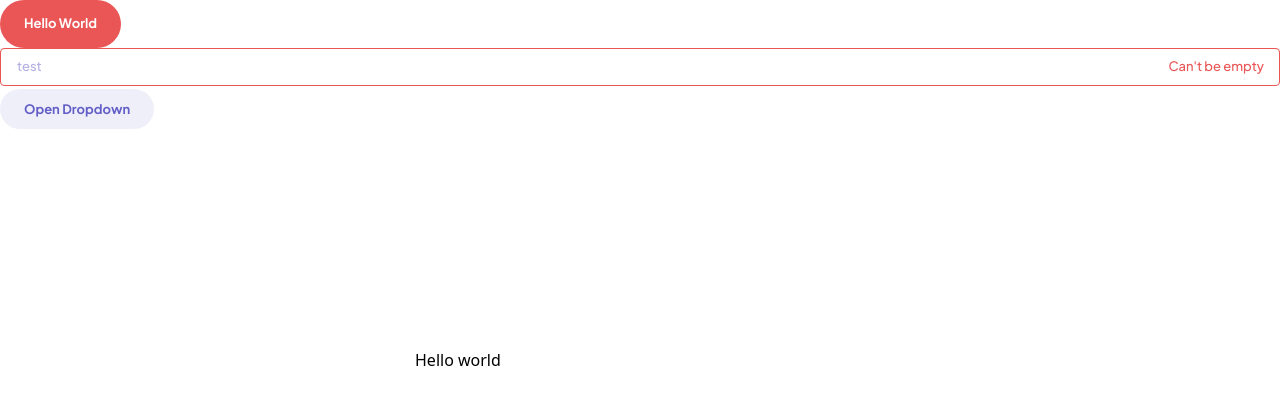
Repository: Baraajad231/Kanban-Board
Page: /
These files come from the project's save history. The page is drawn as it stood at one moment and after the next save; the edit follows.
The browser window is 1280 px wide. The pictures show the whole page.
The project was rebuilt for these pictures with package versions that can differ from the ones it lists, and the page was loaded fresh each time. Also part of the build but not shown: vite.config.js.

Above is the page before, as saved 2026-03-24 16:58:07.

### index.html
<!doctype html>
<html lang="en">
  <head>
    <meta charset="UTF-8" />
    <meta name="viewport" content="width=device-width, initial-scale=1.0" />
    <link rel="preconnect" href="https://fonts.googleapis.com" />
    <link rel="preconnect" href="https://fonts.gstatic.com" crossorigin />
    <link
      href="https://fonts.googleapis.com/css2?family=Plus+Jakarta+Sans:ital,wght@0,200..800;1,200..800&display=swap"
      rel="stylesheet"
    />
    <title>kanban-board</title>
  </head>
  <body>
    <div id="root"></div>
    <script type="module" src="/src/main.jsx"></script>
  </body>
</html>

### src/index.css
@import "tailwindcss";

@theme {
  --font-jakarta: "Plus Jakarta Sans", sans-serif;

  --color-transparent: transparent;
  --color-current: currentColor;

  --color-main-purple: #635fc7;
  --color-main-purple-hover: #a8a4ff;
  --color-white: #ffffff;
  --color-black: #000112;
  --color-very-dark-grey: #1e1e1e;
  --color-dark-grey: #2b2c37;
  --color-lines: #3e3f4e;
  --color-medium-grey: #828fa3;
  --color-lines-light: #e4ebfa;
  --color-light-grey: #f4f7fd;
  --color-red: #ea5555;
  --color-red-hover: #ff9898;

  /* أحجام الخطوط - التنسيق صحيح جداً لـ Tailwind v4 */
  --text-heading-s: 0.75rem;
  --text-heading-s--font-weight: 700;

  --text-heading-m: 0.9rem;
  --text-heading-m--font-weight: 700;

  --text-heading-l: 1.125rem;
  --text-heading-l--font-weight: 700;

  --text-heading-xl: 1.5rem;
  --text-heading-xl--font-weight: 700;

  --text-body-m: 0.75rem;
  --text-body-m--font-weight: 700;

  --text-body-l: 0.8125rem;
  --text-body-l--font-weight: 500;
}

### src/App.jsx
import Button from "./components/Button";
import DialogPrimitive from "./components/dialogPrimitive";
import DropdownPrimitive from "./components/DropDownPrimitive";
import TextField from "./components/TextField";

function App() {
  return (
    <div className="font-jakarta text-heading-xl text-main-purple">
      <Button variant="destructive" size="lg">
        Hello World
      </Button>
      <TextField placeholder="test" isInvalid />
      <DropdownPrimitive
        triggerComponent={() => (
          <Button variant="secondary" size="sm">
            Open Dropdown
          </Button>
        )}
        items={{
          edit: {
            label: "Edit board",
            onClick: () => console.log("Edit clicked"),
          },
          delete: {
            label: "Delete board",
            onClick: () => console.log("Delete clicked"),
          },
        }}
      />
      <DialogPrimitive isOpen={true}>Hello world</DialogPrimitive>
    </div>
  );
}

export default App;

### src/components/Button.jsx
import { cva } from "class-variance-authority";

const button = cva(
  ["rounded-full", "font-bold", "px-6", "duration-200", "text-[13px]"],
  {
    variants: {
      variant: {
        primary: ["bg-main-purple", "text-white", "hover:bg-main-purple-hover"],
        // **or**
        // primary: "bg-blue-500 text-white border-transparent hover:bg-blue-600",
        secondary: [
          "bg-main-purple/10",
          "text-main-purple",
          "hover:bg-main-purple/25",
        ],
        destructive: ["bg-red", "text-white", "hover:bg-red-hover"],
      },
      size: {
        sm: ["h-10"],
        lg: ["h-12"],
      },
      isFullWidth: {
        true: ["w-full"],
      },
      // `boolean` variants are also supported!
      isDisabled: {
        true: ["opacity-25", "cursor-not-allowed", "hover:bg-main-purple"],
      },
    },

    defaultVariants: {
      variant: "primary",
      size: "lg",
    },
  },
);

const Button = ({
  children,
  variant,
  size,
  isFullWidth,
  isDisabled,
  className,
  ...props
}) => {
  return (
    <button
      className={button({ variant, size, isFullWidth, isDisabled, className })}
      {...props}
    >
      {children}
    </button>
  );
};
export default Button;

### src/components/dialogPrimitive.jsx
import { Dialog } from "radix-ui";

const DialogPrimitive = ({
  title,
  triggerComponent,
  children,
  isOpen,
  setOpen,
}) => (
  <Dialog.Root open={isOpen} onOpenChange={setOpen}>
    <Dialog.Trigger asChild>{triggerComponent}</Dialog.Trigger>
    <Dialog.Portal>
      <Dialog.Overlay className="data-[state=open]:animate-overlayShow bg-gray fixed inset-0" />
      <Dialog.Content className="bg-gray1 data-[state=open]:animate-contentShow fixed top-1/2 left-1/2 max-h-[85vh] w-[90vw] max-w-125 -translate-x-1/2 -translate-y-1/2 rounded-md p-6.25 shadow-(--shadow-6) focus:outline-none">
        <Dialog.Title className="text-heading-l">{title}</Dialog.Title>
        {children}
      </Dialog.Content>
    </Dialog.Portal>
  </Dialog.Root>
);

export default DialogPrimitive;

### src/components/DropDownPrimitive.jsx
import * as React from "react";
import { DropdownMenu } from "radix-ui";
import clsx from "clsx";
// طريقة بتخلينا نعمل document لل component تاعنا
// jsdocs
/**
 * @param {Object} props
 * @param {Function} props.triggerComponent
 * @param {Object} props.items
 * @param {string} props.items.label -- the text that will be shown in the dropdown item
 * @param {Function} props.items.onClick -- the function that will be called when the dropdown item is clicked
 * @returns {JSX.Element}
 */
const DropdownPrimitive = ({ triggerComponent, items }) => {
  return (
    <DropdownMenu.Root>
      <DropdownMenu.Trigger asChild>
        {triggerComponent && triggerComponent()}
      </DropdownMenu.Trigger>

      <DropdownMenu.Portal>
        <DropdownMenu.Content
          className="data-[side=bottom]:animate-slideUpAndFade data-[side=left]:animate-slideRightAndFade data-[side=right]:animate-slideLeftAndFade data-[side=top]:animate-slideDownAndFade min-w-55 rounded-md bg-white p-1.25 shadow-[0px_10px_38px_-10px_rgba(22,23,24,0.35),0px_10px_20px_-15px_rgba(22,23,24,0.2)] will-change-[opacity,transform]"
          sideOffset={32}
        >
          {items &&
            Object.keys(items).map((item) => (
              <DropdownMenu.Item
                key={items[item].label}
                onClick={items[item].onClick}
                className={clsx(
                  "group text-body-l data-highlighted:bg-light-grey cursor-pointer p-4 leading-none outline-none",
                  {
                    "text-red": items[item].label.includes("Delete"),
                  },
                )}
              >
                {items[item].label}
              </DropdownMenu.Item>
            ))}
        </DropdownMenu.Content>
      </DropdownMenu.Portal>
    </DropdownMenu.Root>
  );
};

export default DropdownPrimitive;

### src/components/TextField.jsx
import clsx from "clsx";

const TextField = ({
  placeholder,
  isInvalid,
  name,
  required,
  defaultValue,
}) => {
  return (
    <div className="relative flex min-w-80 flex-1 items-center">
      {isInvalid && (
        <span className="text-body-l text-red absolute right-4 text-sm">
          Can't be empty
        </span>
      )}

      <input
        type="text"
        name={name}
        defaultValue={defaultValue}
        placeholder={placeholder}
        required={required}
        className={clsx(
          "border-medium-gray/25 text-body-l w-full rounded-sm border py-2 pl-4",
          {
            "border-red pr-32": isInvalid,
            "pr-4": !isInvalid,
          },
        )}
      />
    </div>
  );
};

export default TextField;

Loaded but not shown: src/main.jsx (common file)

After the next save:
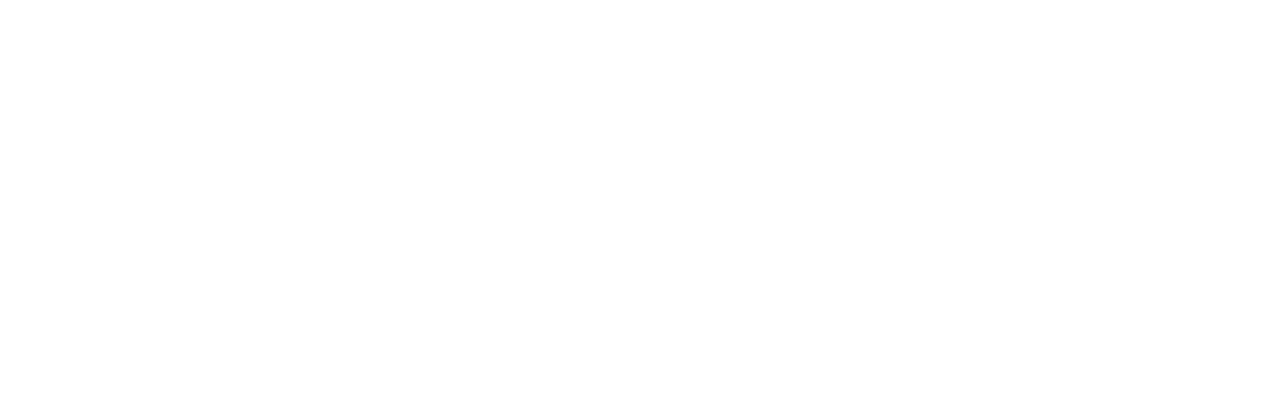
Console error (its wording comes from the project's code and is left out).
Saved 34 s later.
--- a/src/components/dialogPrimitive.jsx
+++ b/src/components/dialogPrimitive.jsx
@@ -8,7 +8,7 @@
   setOpen,
 }) => (
   <Dialog.Root open={isOpen} onOpenChange={setOpen}>
-    <Dialog.Trigger asChild>{triggerComponent}</Dialog.Trigger>
+    <Dialog.Trigger asChild>{triggerComponent}ascsac</Dialog.Trigger>
     <Dialog.Portal>
       <Dialog.Overlay className="data-[state=open]:animate-overlayShow bg-gray fixed inset-0" />
       <Dialog.Content className="bg-gray1 data-[state=open]:animate-contentShow fixed top-1/2 left-1/2 max-h-[85vh] w-[90vw] max-w-125 -translate-x-1/2 -translate-y-1/2 rounded-md p-6.25 shadow-(--shadow-6) focus:outline-none">

After the 3 saves that followed:
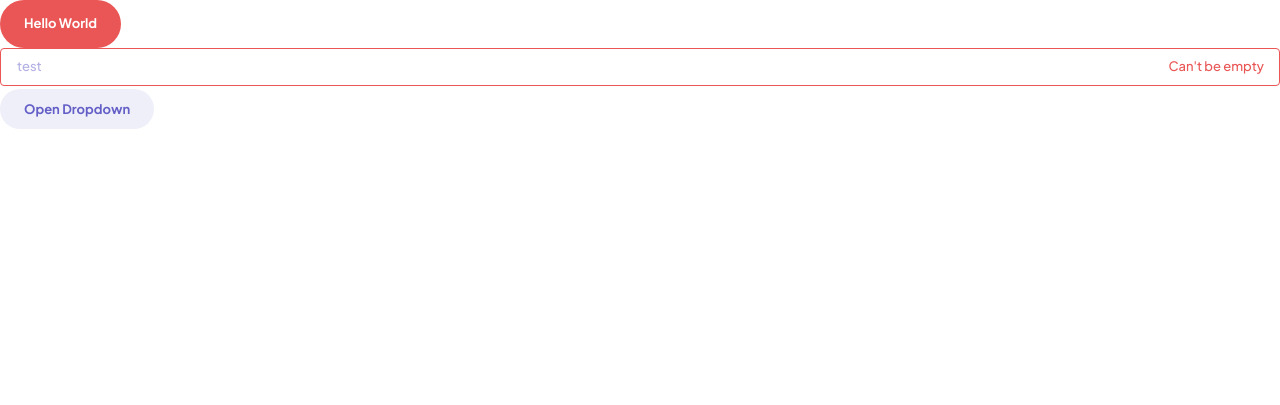
The error is gone.
The 3 saves are shown as one change because 2 left the picture as it was.
The last was saved 37 s later.
--- a/src/App.jsx
+++ b/src/App.jsx
@@ -27,7 +27,7 @@
           },
         }}
       />
-      <DialogPrimitive isOpen={true}>Hello world</DialogPrimitive>
+      <DialogPrimitive>Hello world</DialogPrimitive>
     </div>
   );
 }
--- a/src/components/dialogPrimitive.jsx
+++ b/src/components/dialogPrimitive.jsx
@@ -8,7 +8,7 @@
   setOpen,
 }) => (
   <Dialog.Root open={isOpen} onOpenChange={setOpen}>
-    <Dialog.Trigger asChild>{triggerComponent}ascsac</Dialog.Trigger>
+    <Dialog.Trigger asChild>ascsac</Dialog.Trigger>
     <Dialog.Portal>
       <Dialog.Overlay className="data-[state=open]:animate-overlayShow bg-gray fixed inset-0" />
       <Dialog.Content className="bg-gray1 data-[state=open]:animate-contentShow fixed top-1/2 left-1/2 max-h-[85vh] w-[90vw] max-w-125 -translate-x-1/2 -translate-y-1/2 rounded-md p-6.25 shadow-(--shadow-6) focus:outline-none">
